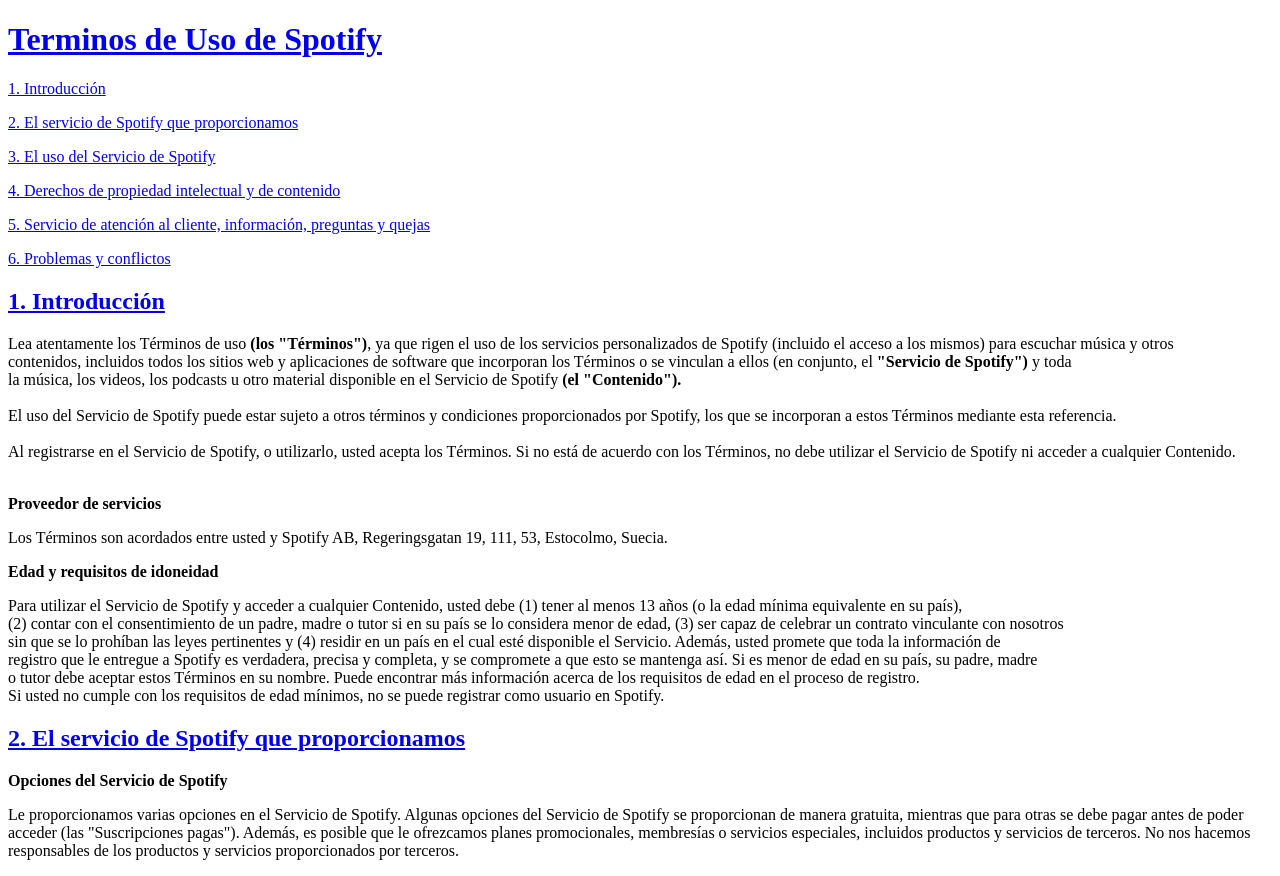
Repository: Devbenitez/Gen_30
Page: Gen_30/maquetado/index.html
An editor plug-in stored every save of this project. The page is shown before and after the next save, followed by the edit.
The browser window is 1280 px wide. The pictures show the whole page.

Above is the page before, as saved 2023-10-31 05:30:45.

After the next save:
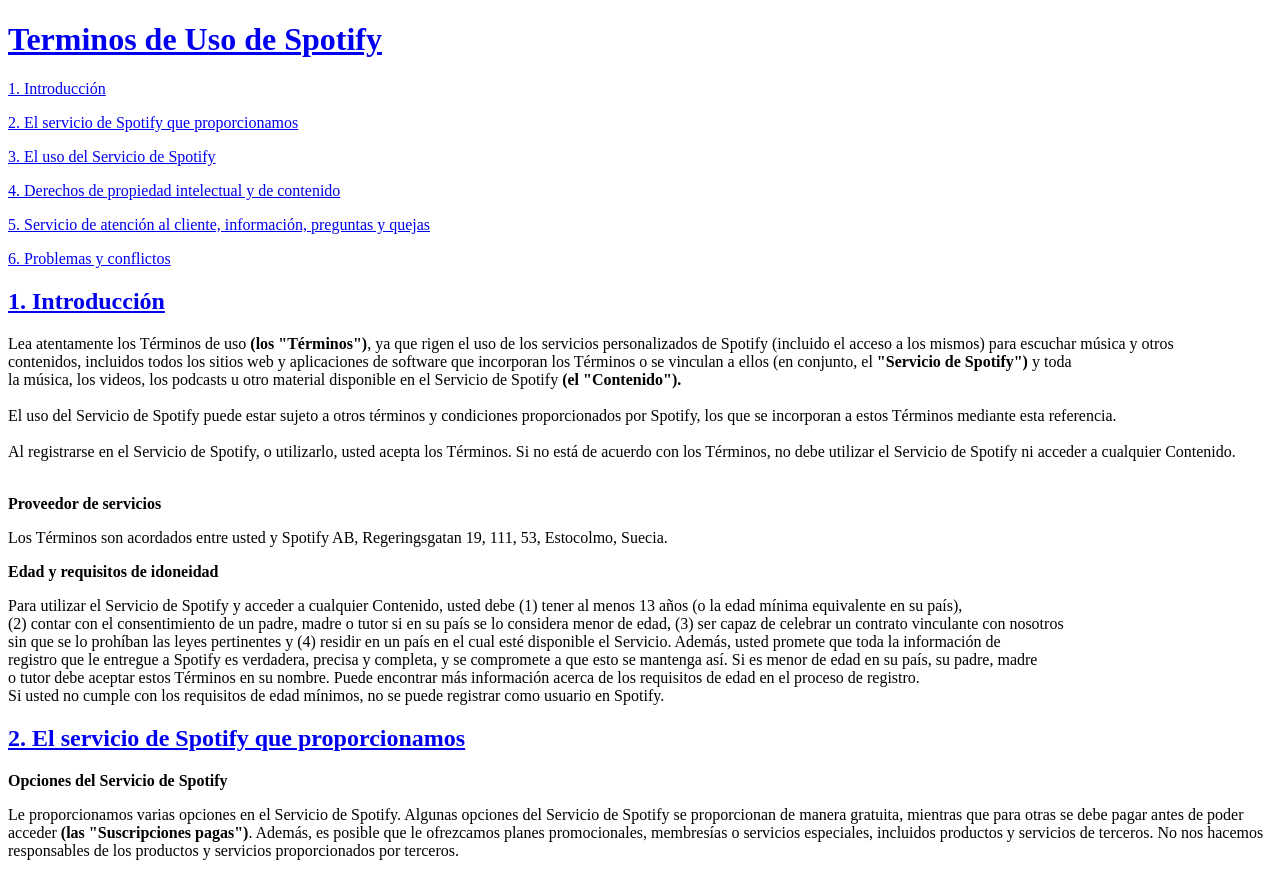
Saved 48 s later.
--- a/Gen_30/maquetado/index.html
+++ b/Gen_30/maquetado/index.html
@@ -69,7 +69,7 @@
     </h2>
     <p><b>Opciones del Servicio de Spotify</b></p>
     <p>Le proporcionamos varias opciones en el Servicio de Spotify. Algunas opciones del Servicio de Spotify se proporcionan de manera gratuita, mientras que para otras se debe pagar antes de poder<br />
-        acceder (las "Suscripciones pagas"). Además, es posible que le ofrezcamos planes promocionales, membresías o servicios especiales, incluidos productos y servicios de terceros. No nos hacemos responsables de los productos y servicios proporcionados por terceros.</p>
+        acceder <b>(las "Suscripciones pagas")</b>. Además, es posible que le ofrezcamos planes promocionales, membresías o servicios especiales, incluidos productos y servicios de terceros. No nos hacemos responsables de los productos y servicios proporcionados por terceros.</p>
 
 
         </main>
